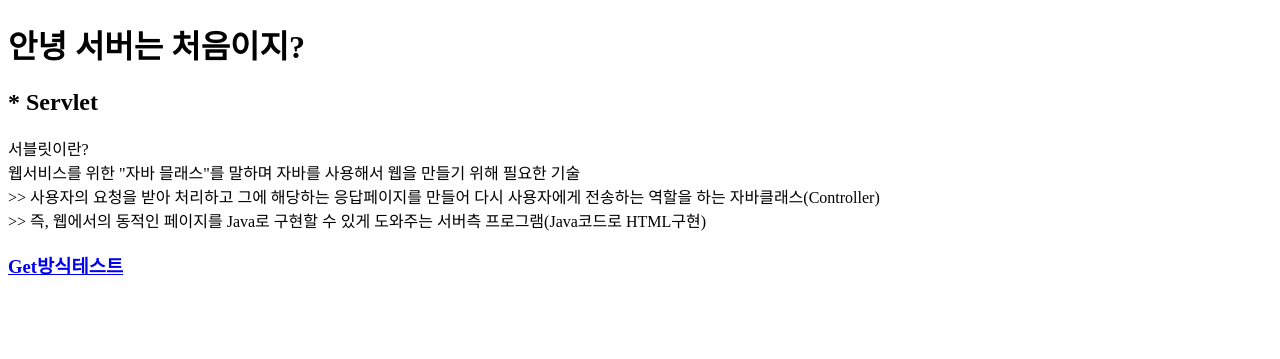
Repository: seunghee971015/Server_Work
Page: Servlet01/src/main/webapp/index.html
An editor plug-in stored every save of this project. The page is shown before and after the next save, followed by the edit.
The browser window is 1280 px wide. The pictures show the whole page.

Above is the page before, as saved 2023-10-11 05:34:34.

After the next save:
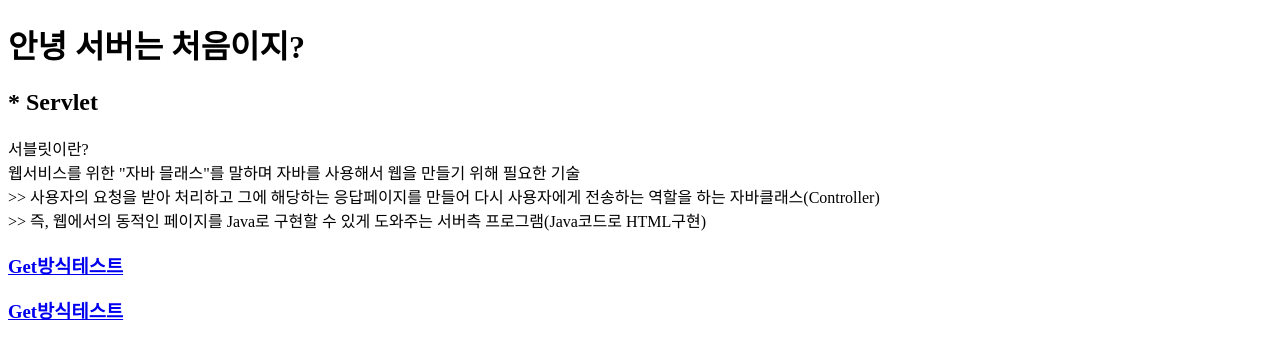
Saved 10 min 53 s later.
--- a/Servlet01/src/main/webapp/index.html
+++ b/Servlet01/src/main/webapp/index.html
@@ -16,6 +16,7 @@
 	<p>
 
 	<h3><a href="views/requestTest_GET.html">Get방식테스트</a></h3>
+	<h3><a href="views/requestTest_POST.html">Get방식테스트</a></h3>
 
 </body>
 </html>
